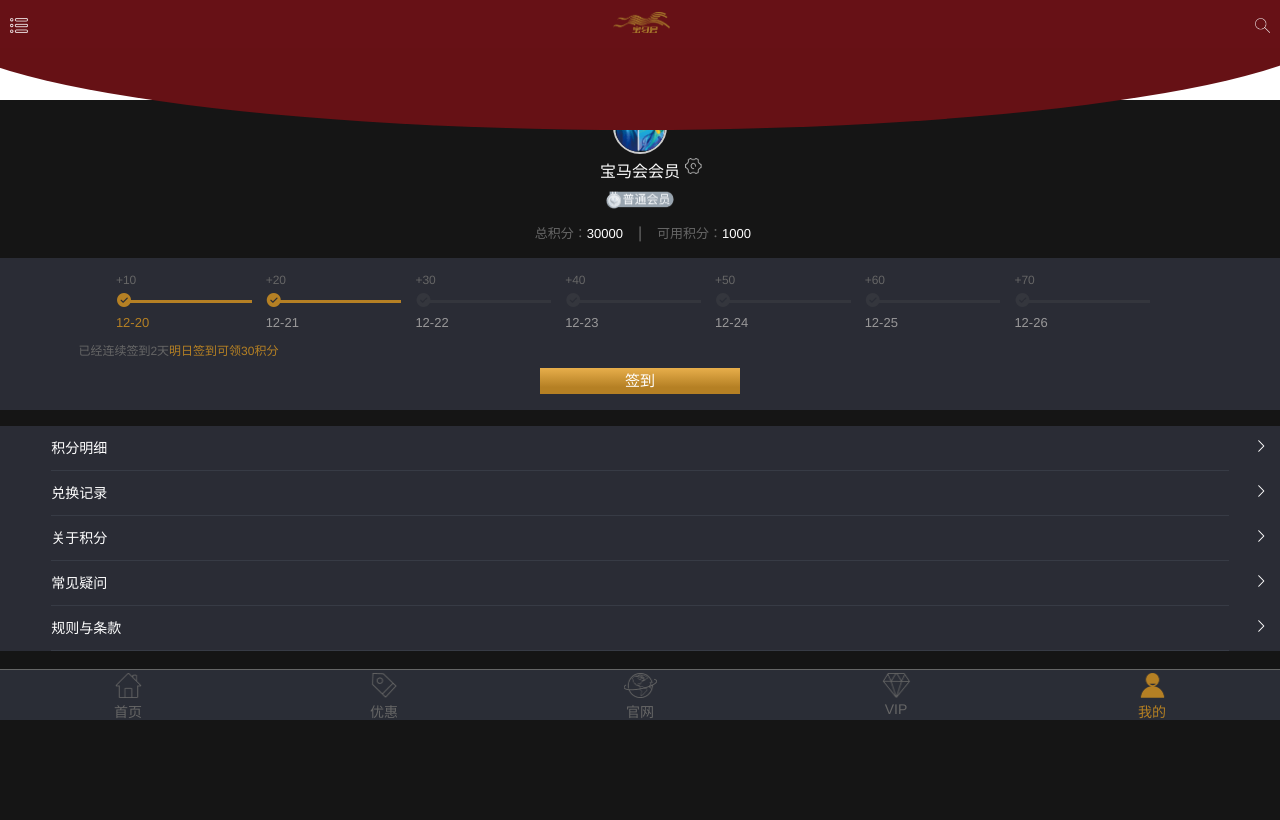
Repository: ada6688/IntegralMall
Page: /Member
An editor plug-in stored every save of this project. The page is shown before and after the next save, followed by the edit.
The browser window is 1280 px wide. The pictures show the whole page.
The project was rebuilt for these pictures with package versions that can differ from the ones it lists, and the page was loaded fresh each time. Also part of the build but not shown: src/components/page/notice.vue, src/components/page/shouye.vue, src/components/page/Vip.vue, src/components/page/Youhui.vue, src/router/index.js.

Above is the page before, as saved 2020-01-04 19:33:01.

### index.html
<!DOCTYPE html>
<html>
  <head>
    <meta charset="utf-8">
    <meta name="viewport" content="width=device-width,initial-scale=1.0">
    <title>integralmall</title>
  </head>
  <body>
    <div id="app"></div>
    <!-- built files will be auto injected -->
  </body>
</html>

### src/main.js
// The Vue build version to load with the `import` command
// (runtime-only or standalone) has been set in webpack.base.conf with an alias.
import Vue from 'vue'
import App from './App'
import router from './router'
import ElementUI from 'element-ui'
import 'element-ui/lib/theme-chalk/index.css'
import {Cell, CellGroup, Tabbar, TabbarItem, PullRefresh, Stepper, Tab, Tabs, Button, Row, Col, Swipe, SwipeItem, Lazyload, List, Field, NavBar} from 'vant'
import '../src/assets/css/common.css'
import '../src/assets/css/index.css'
import 'swiper/dist/css/swiper.css'
import VueAwesomeSwiper from 'vue-awesome-swiper'
// import BScroll from 'better-scroll'

// Vue.use(BScroll)
Vue.use(VueAwesomeSwiper)
Vue.use(ElementUI)
Vue.use(Cell).use(CellGroup).use(Tabbar).use(TabbarItem).use(Stepper).use(PullRefresh).use(Tab).use(Tabs).use(Field).use(NavBar).use(Button).use(Row).use(Col).use(Swipe).use(SwipeItem).use(Lazyload).use(List)

Vue.config.productionTip = false

/* eslint-disable no-new */
new Vue({
  el: '#app',
  router,
  components: {
    App
  },
  template: '<App/>'
})
router.beforeEach((to, from, next) => {
  let str = '<p>个人中心</p>'
  if (to.meta.title) {
    document.getElementById('top-logo-change').innerHTML = to.meta.title
    if (to.meta.title === str) {
      document.getElementById('top-nav-right').innerHTML = '<img src="/static/topnav/kf.png" alt="搜索">'
    } else {
      document.getElementById('top-nav-right').innerHTML = '<img src="/static/topnav/ss.png" alt="搜索">'
    }
    // document.title = to.meta.title
  }
  next()
})

### src/App.vue
<template>
  <div id="app">
    <TopNav></TopNav>
    <router-view/>
    <BottomNav></BottomNav>
  </div>
</template>

<script>
import BottomNav from '@/components/common/Bottomnav'
import TopNav from '@/components/common/Topnav'
export default {
  name: 'App',
  components: {
    BottomNav,
    TopNav
  }
}
</script>

<style>
#app {
  font-family: 'Avenir', Helvetica, Arial, sans-serif;
  -webkit-font-smoothing: antialiased;
  -moz-osx-font-smoothing: grayscale;
  text-align: center;
  color: #2c3e50;
  background: #151515;
  height: 100vh;
}
</style>

### src/assets/css/common.css
body,p,ul{
  margin: 0;
  padding: 0;
}
li{
  list-style: none;
}
/* 顶部栏 */
.top-nav{
  width: 100%;
  height: 3rem;
  line-height: 3.5rem;
  background-color: #671116;
  position: fixed;
  top: 0;
  z-index: 99;
}
.top-nav-logo{
  color: #B58024;
}
.top-nav > div{
  display: inline-block;
  height: 100%;
}
.top-nav-left{
  float: left;
  margin-left: 10px;
}
.top-nav-right{
  float: right;
  margin-right: 10px;
}
.banner-item > img{
  width: 100%;
}
.swiper-container{
  height: 7.28rem;
}
.top-nav-t{
  color: #B58024;
}
/* 每个一级页面共有class */
.main-wrap{
  margin-top: 3rem;
  margin-bottom: 3.125rem;
  background: #151515;
}
/* 公告 */
.Notice-sign{
  width: 2rem;
  height: 100%;
  background: url('../images/topnav/lb.png') center no-repeat;
  float: left;
  box-shadow: 1px 0px 5px rgba(0,0,0,0.8);
}
.Notice-textBox {
  width: 100%;
  height: 1.3rem;
  line-height: 1.3rem;
  font-size: .5rem;
  color: #999999;
  background: #2A2D36;
  overflow: hidden;
  position: relative;
  text-align: left;
  z-index: 9;
}
.Notice-text {
  width: 100%;
  padding-left: 42px;
  position: absolute;
  bottom: 0;
}
.slide-enter-active, .slide-leave-active {
  transition: all 0.5s linear;
}
.slide-enter{
  transform: translateY(20px) scale(1);
  opacity: 1;
}
.slide-leave-to {
  transform: translateY(-20px) scale(0.8);
  opacity: 0;
}
/* 底部导航 */
.bottom-tab{
  width:100%;
  height:3.125rem;
  background-color:#2A2D36;
  border-top: 1px solid #656666;
  position: fixed;
  left:0px;
  bottom:0px;
}
.tab-item{
  width: 20%;
  float: left;
  align-items:center;
  justify-content:center;
  font-size:14px;
  color:#666;
  z-index: 999;
}
.NavSigh{
    width:33px;
    margin-top:3px;
}
.on{
  color:#b58023;
}

### src/assets/css/index.css
/****************** 首页商品 *****************/
.products-item{
  width: 46.9%;
  height: 100px;
  padding-right: 2.9%;
  border-right: 1px solid #161616;
  border-bottom: 1px solid #161616;
  background: #292C35;
  float: left;
}
.products-item-even{
  width: 46.9%;
  height: 100px;
  border-bottom: 1px solid #161616;
  background: #292C35;
  padding-left: 2.9%;
  float: left;
}
.product-item-text{
  width: 50%;
  height: 70px;
  color: #ffffff;
  margin-top: 15px;
  float: left;
  text-align: left;
}
.product-item-text p{
  height: 43px;
  font-size: 15px;
  margin-bottom: 5px;
  display: -webkit-box;/*作为弹性伸缩盒子模型显示*/
  -webkit-line-clamp: 2; /*显示的行数；如果要设置2行加...则设置为2*/
  overflow: hidden; /*超出的文本隐藏*/
  text-overflow: ellipsis; /* 溢出用省略号*/
  -webkit-box-orient: vertical;
}
.product-item-text span{
  color: #B58024;
  font-size: 13px;
}
.product-item-img{
  width: 12%;
  height: 100px;
  display: table-cell;
  vertical-align: middle;
  /* float: left; */
}
.product-item-img img{
  max-width: 100%;
}
/******************* 优惠 *******************/
.yh-wrap div{
  padding: 1rem 1rem 0 1rem;
}
.yh-wrap img{
  width: 100%;
}
/******************* VIP *******************/
.level-welfare-wrap, .level-require-wrap{
  padding-bottom: 20px;
}
.VipTop-level-sign{
  display: inline-block;
}
.VipTop-level-text{
  position: absolute;
  bottom: -5px;
}
.vip-level-wrap ul li{
  float: left;
  width: 33.33%;
  height: 79px;
}
.vip-level-wrap ul div{
  width: 34px;
  height: 34px;
  border: 1px solid #CCCCCC;
  border-radius: 17px;
  margin-bottom: 9px;
  display: inline-block;
  vertical-align: middle;
}
.vip-level-wrap ul img{
  margin-top: 7px;
}
.vip-level-wrap ul li>p{
  color: #CCCCCC;
  font-size: 13px;
}
.Vip-level-T{
  color: #ffffff;
  font-size: 16px;
  font-weight: bold;
  text-align: left;
  padding: 15px 0 10px 17px;
  background: #2A2C35;
}
.Vip-level-tips{
  color: #F5BF1B;
  font-size: 13px;
  text-align: left;
  padding: 15px 20px 10px 17px;
  background: #2A2C35;
}
.level-rules-wrap{
  color: #CCCCCC;
  font-size: 12px;
  background: #2A2C35;
  text-align: left;
  padding: 15px 17px 16px 17px;
  margin-bottom: 50px;
}
.level-rules-wrap span{
  font-size: 16px;
  color: #ffffff;
  display: inline-block;
  margin-bottom: 9px;
}
.level-rules-wrap p{
  line-height: 24px;
  /* margin-top: 5px; */
}
.level-rules-wrap p:last-child{
  margin-bottom: 10px;
}
/******************* 个人中心 *******************/
.d{
  height: 1000px;
  width: 100%;
  background-color: blueviolet;
}
.member-half-circle{
  width: 111%;
  height: 31%;
  border-radius: 50%;
  position: fixed;
  top: -13%;
  background: #661115;
  left: -5.8%;
}
.member-wrap{
  margin-top: 100px;
}
.member-img > img{
  width: 7vh;
  height: 7vh;
  border-radius: 100%;
  border: 2px solid #CCCCCC;
}
.member-name{
  color: #ffffff;
  font-size: 16px;
  position: relative;
}
.member-name img{
  position: absolute;
  margin-left: 5px;
  bottom: 8px;
}
.member-level-sign{
  margin: 8px 0 10px 0;
}
.member-integral{
  text-align: center;
}
.member-integral-slice{
  display: inline-block;
  color: #666666;
  margin: 0 15px;
}
.member-integral span{
  font-size: 13px;
  color: #ffffff;
}
.member-integral p{
  font-size: 13px;
  color: #666666;
  display: inline-block;
}
.member-total{
  width: 42%;
  display: inline-block;
  text-align: right;
}
.member-useful{
  width: 42%;
  display: inline-block;
  text-align: left;
}
.member-signIn{
  background: #2A2C35;
  padding: 15px 1rem 1rem 1rem;
  margin: 16px 0;
}
.member-signIn-status-1{
  width: 12%;
  text-align: left;
  display: inline-block;
}
.member-signIn-in{
  color: #666666;
  font-size: 12px;
  margin-bottom: 5px;
}
.member-signIn-date{
  color: #999899;
  font-size: 13px;
  margin-top: 5px;
}
.member-signIn-date-active{
  color: #B58024;
  font-size: 13px;
  margin-top: 5px;
}
.el-icon-success{
  color: #34363D;
}
.member-signIn-line{
  width: 84%;
  height: 3px;
  display: inline-block;
  background: #34363D;
  margin: 0 -34px 3px -6px;
}
.member-signIn-icon-active{
  color: #B58024 !important;
}
.member-signIn-active{
  background: #B58024 !important;
}
.member-signIn-tips{
  font-size: 12px;
  text-align-last: justify;
  padding: 0 5%;
  margin-top: 10px;
}
.member-signIn-tips p{
  display: inline-block;
}
.member-signIn-tips p:first-child{
  color: #666666;
}
.member-signIn-tips p:last-child{
  color: #B58024;
}
.member-signIn-button{
  width:200px;
  height:26px;
  line-height: 26px;
  color: #ffffff;
  font-size: 15px;
  margin: 0 auto;
  background:linear-gradient(0deg,rgba(181,128,36,1) 26%,rgba(231,174,75,1) 100%);
  margin-top: 10px;
}
.member-more-detail{
  width: 92%;
  line-height: 44px;
  color: #ffffff;
  background: #2A2C35;
  padding: 0 4%;
}
.member-jifen,.member-duihuan,.member-guanyu,.member-yiwen,.member-guize{
  height: 44px;
  border-bottom: 1px solid #373B45;
}
.member-jifen-T{
  font-size: 14px;
  float: left;
  margin-right: 66%;
}
.el-icon-arrow-right{
  width: 7px;
  height: 7px;
  position: absolute;
  right: 20px;
  margin-top: 12px;
}

### src/components/common/Bottomnav.vue
<template>
  <div class="bottom-tab">
    <div class="tab-item" @click="switchTo('/shouye')">
      <img class="NavSigh" :src="'/shouye' === $route.path ? tabBarImgArr[0].selected : tabBarImgArr[0].normal" alt="首页">
      <p :class="{on: '/shouye' === $route.path}">首页</p>
    </div>
    <div class="tab-item" @click="switchTo('/Youhui')">
      <img class="NavSigh" :src="'/Youhui' === $route.path ? tabBarImgArr[1].selected : tabBarImgArr[1].normal" alt="推荐">
      <p :class="{on: '/Youhui' === $route.path}">优惠</p>
    </div>
    <div class="tab-item">
      <img class="NavSigh" :src="'/' === $route.path ? tabBarImgArr[2].selected : tabBarImgArr[2].normal" alt="搜索">
      <p :class="{on: '/' === $route.path}">官网</p>
    </div>
    <div class="tab-item" @click="switchTo('/Vip')">
      <img class="NavSigh" :src="'/Vip' === $route.path ? tabBarImgArr[3].selected : tabBarImgArr[3].normal" alt="聊天">
      <p :class="{on: '/Vip' === $route.path}">VIP</p>
    </div>
    <div class="tab-item" @click="switchTo('/Member')">
      <img class="NavSigh" :src="'/Member' === $route.path ? tabBarImgArr[4].selected : tabBarImgArr[4].normal" alt="我的">
      <p :class="{on: '/Member' === $route.path}">我的</p>
    </div>
  </div>
</template>
<script>
export default {
  data () {
    return {
      tabBarImgArr: [
        {normal: require('../../assets/images/navLogo/sy_x.png'), selected: require('../../assets/images/navLogo/sy.png')},
        {normal: require('../../assets/images/navLogo/yh_x.png'), selected: require('../../assets/images/navLogo/yh.png')},
        {normal: require('../../assets/images/navLogo/gw_x.png'), selected: require('../../assets/images/navLogo/gw.png')},
        {normal: require('../../assets/images/navLogo/zs_x.png'), selected: require('../../assets/images/navLogo/zs.png')},
        {normal: require('../../assets/images/navLogo/wd_x.png'), selected: require('../../assets/images/navLogo/wd.png')}
      ]
    }
  },
  methods: {
    switchTo (path) {
      this.$router.replace(path)
    }
  }
}
</script>
<style>

</style>

### src/components/common/Topnav.vue
<template>
  <div class="top-nav">
    <div class="top-nav-left">
      <img src="../../assets/images/topnav/cd.png" alt="菜单">
    </div>
    <div id="top-logo-change" class="top-nav-logo">
      <img src="../../assets/images/topnav/logo.png" alt="logo">
    </div>
    <div id="top-nav-right" class="top-nav-right">
      <img src="../../assets/images/topnav/ss.png" alt="搜索">
    </div>
  </div>
</template>
<script>
export default {
  data () {
    return {
      tabBarImgArr: [
        {normal: require('../../assets/images/topnav/logo.png')},
        {normal: require('../../assets/images/topnav/ss.png')},
        {normal: require('../../assets/images/topnav/cd.png')}
      ]
    }
  }
}
</script>
<style>

</style>

### src/components/page/Member.vue
<template>
  <div class="main-wrap">
    <div class="member-half-circle"></div>
    <div class="member-wrap">
      <!-- 会员信息 -->
      <div class="member-person-info">
        <!-- 会员头像 -->
        <div class="member-img">
          <img src="../../assets/images/products/hw.png" alt="">
        </div>
        <!-- 会员名称与设置图标 -->
        <p class="member-name">
          <span>宝马会会员</span>
          <img src="../../assets/images/member/sz.png" alt="">
        </p>
        <!-- 会员等级图标 -->
        <div class="member-level-sign">
          <img src="../../assets/images/member/pt.png" alt="">
        </div>
        <div class="member-integral">
          <div class="member-total">
            <p>总积分：</p>
            <span>30000</span>
          </div>
          <div class="member-integral-slice">|</div>
          <div class="member-useful">
            <p>可用积分：</p>
            <span>1000</span>
          </div>
        </div>
      </div>
      <!-- 签到 -->
      <div class="member-signIn">
        <div class="member-signIn-status">
          <!-- 签到进度条 -->
          <div class="member-signIn-status-1">
            <p class="member-signIn-in">+10</p>
            <i class="el-icon-success member-signIn-icon-active"></i>
            <span class="member-signIn-line member-signIn-active"></span>
            <p class="member-signIn-date-active">12-20</p>
          </div>
          <div class="member-signIn-status-1">
            <p class="member-signIn-in">+20</p>
            <i class="el-icon-success member-signIn-icon-active"></i>
            <span class="member-signIn-line member-signIn-active"></span>
            <p class="member-signIn-date">12-21</p>
          </div>
          <div class="member-signIn-status-1">
            <p class="member-signIn-in">+30</p>
            <i class="el-icon-success"></i>
            <span class="member-signIn-line"></span>
            <p class="member-signIn-date">12-22</p>
          </div>
          <div class="member-signIn-status-1">
            <p class="member-signIn-in">+40</p>
            <i class="el-icon-success"></i>
            <span class="member-signIn-line"></span>
            <p class="member-signIn-date">12-23</p>
          </div>
          <div class="member-signIn-status-1">
            <p class="member-signIn-in">+50</p>
            <i class="el-icon-success"></i>
            <span class="member-signIn-line"></span>
            <p class="member-signIn-date">12-24</p>
          </div>
          <div class="member-signIn-status-1">
            <p class="member-signIn-in">+60</p>
            <i class="el-icon-success"></i>
            <span class="member-signIn-line"></span>
            <p class="member-signIn-date">12-25</p>
          </div>
          <div class="member-signIn-status-1">
            <p class="member-signIn-in">+70</p>
            <i class="el-icon-success"></i>
            <span class="member-signIn-line"></span>
            <p class="member-signIn-date">12-26</p>
          </div>
          <div class="member-signIn-tips">
            <p>已经连续签到2天</p>
            <p>明日签到可领30积分</p>
          </div>
          <!-- 签到按钮 -->
          <div class="member-signIn-button">签到</div>
        </div>
      </div>
      <!-- 积分明细，兑换记录，积分详情疑问规则等 -->
      <div class="member-more-detail">
        <div class="member-jifen">
          <div  class="member-jifen-T">积分明细</div>
          <i class="el-icon-arrow-right"></i>
        </div>
        <div class="member-duihuan">
          <div  class="member-jifen-T">兑换记录</div>
          <i class="el-icon-arrow-right"></i>
        </div>
        <div class="member-guanyu">
          <div  class="member-jifen-T">关于积分</div>
          <i class="el-icon-arrow-right"></i>
        </div>
        <div class="member-yiwen">
          <div  class="member-jifen-T">常见疑问</div>
          <i class="el-icon-arrow-right"></i>
        </div>
        <div class="member-guize">
          <div  class="member-jifen-T">规则与条款</div>
          <i class="el-icon-arrow-right"></i>
        </div>
      </div>
    </div>
  </div>
</template>
<script>
export default {
  name: 'App',
  components: {
  },
  data () {
    return {
      active: 0
    }
  }
}
</script>
<style>

</style>

After the next save:
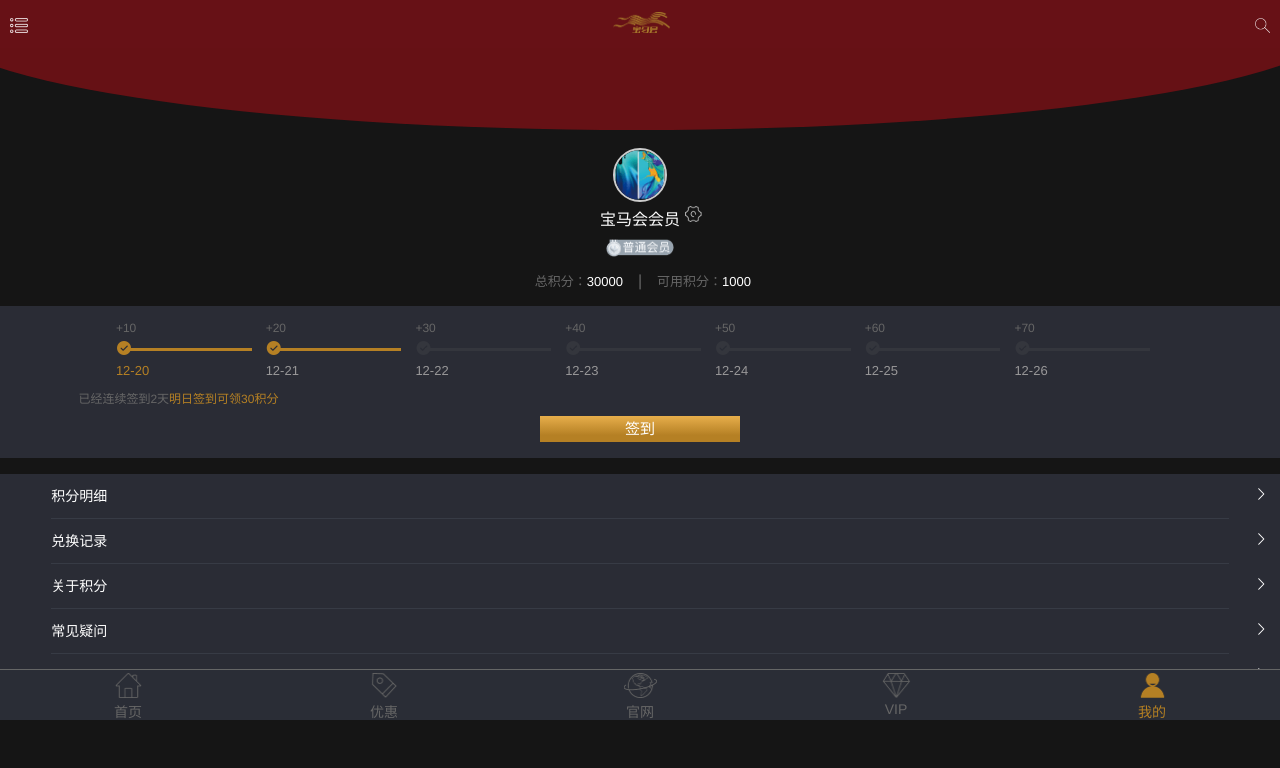
Saved 13 s later.
--- a/src/assets/css/index.css
+++ b/src/assets/css/index.css
@@ -139,7 +139,7 @@
   left: -5.8%;
 }
 .member-wrap{
-  margin-top: 100px;
+  padding-top: 100px;
 }
 .member-img > img{
   width: 7vh;
